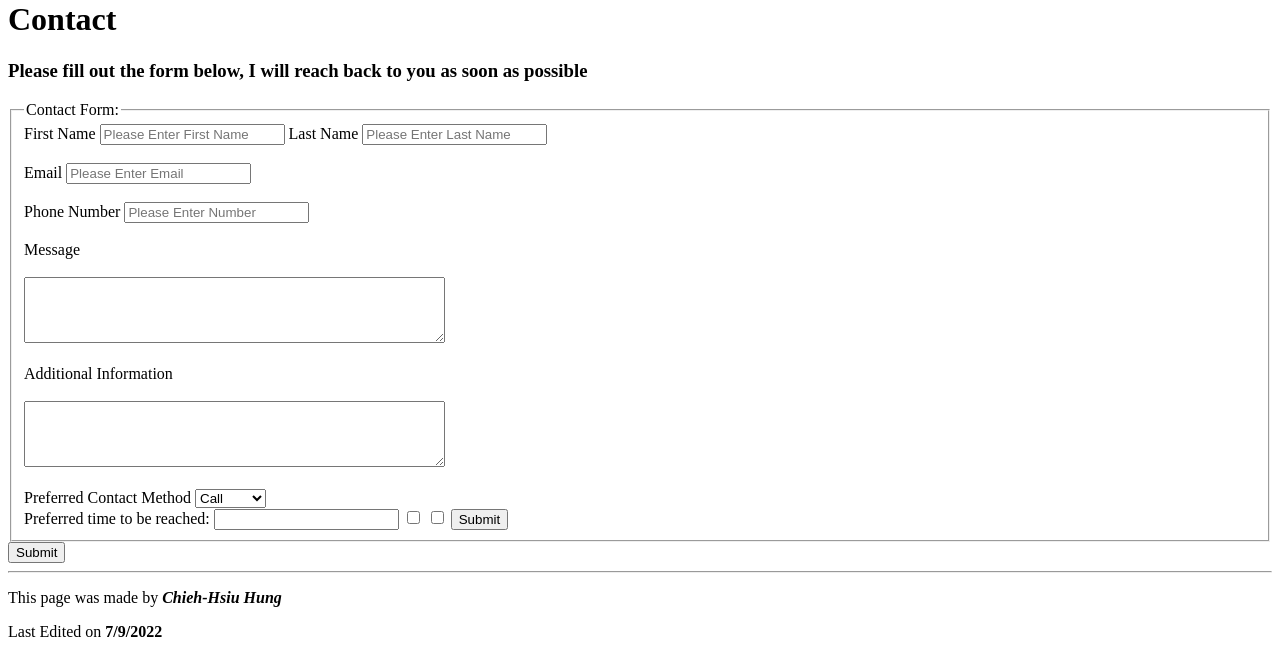
Repository: Chieh0501/fa22-cse110-lab3
Page: contacts.html
These files come from the project's save history. The page is drawn as it stood at one moment and after the next save; the edit follows.
The browser window is 1280 px wide. The pictures show the part of the page from y = 368 to 1046 px (the page is 1025 px tall before and 1046 px after).
A picture or video elsewhere on the page could not be fetched, so the positions and the page height are approximate.

Above is the page before, as saved 2022-10-05 12:32:13.

### contacts.html
<!DOCTYPE html>
<html lang="en">

<head>
	<meta charset="utf-8" />
	<meta name="description" content="Team 2 Meeting Notes" />
	<meta name="keywords" content="HTML, CSS, JavaScript" />
	<meta name="author" content="Chieh-Hsiu Hung" />
	<meta name="viewport" content="width=device-width, initial-scale=1.0" />
	<title>Team 2 Meeting Notes</title>
	<link href="images/favicons/favicon.ico" rel="icon" />
	<!-- <link href="styles/main.css" rel="stylesheet" /> -->
	<!-- <script>
		window.addEventListener('load', function () {
			let time = window.performance.timing,
				complete = time.domComplete - time.domLoading;
			document.getElementById('page-load-info').innerHTML = `<strong>Page Loaded in ${parseInt(complete)}ms
			 on ${new Date().toLocaleString("en-US")}</strong>`;
		});
	</script> -->

</head>
<body>
	<header>
        <img src="images/demo-logo.png" alt="Demo Team Logo">
        <hr />
        <nav>
            <a href="index.html">Home</a>
            <a href="images.html">Diagrams/Pictures</a>
            <a href="multimedia.html">Audio/Video Backup</a>
            <a href="questions.html">Question Board</a>
            <a href="contacts.html">Contact Me</a>
        </nav>
    </header>
	<main>
		<h1>Contact</h1>
		<h3>Please fill out the form below, I will reach back to you as soon as possible</h3>
		<div class="contactform">
			<form>
				<fieldset>
					<legend>Contact Form:</legend>
					<label for="first_name">First Name</label>
					<input type="text" id="first_name" placeholder="Please Enter First Name">
					<label for="last_name">Last Name</label>
					<input type="text" id="last_name" placeholder="Please Enter Last Name">
					<br></br>
					<label for="email">Email</label>
					<input type="text" id="email" placeholder="Please Enter Email">
					<br></br>
					<label for="phone">Phone Number</label>
					<input type="text" id="phone" placeholder="Please Enter Number">
					<br></br>
					<label for="message">Message</label>
					<br></br>
					<textarea id="message" name="message" rows="4" cols="50"></textarea>
					<br></br>
					<label for="add_info">Additional Information</label>
					<br></br>
					<textarea id="add_info" name="add_info" rows="4" cols="50"></textarea>
					<br></br>
					<label for="preferred">Preferred Contact Method</label>
					<select  name="contact_method" id="contact_method">
						<optgroup label="Contact Method">
						<option value="Call">Call</option>
						<option value="Texting">Text</option>
						<option value="mail">Email</option>
						</optgroup>
					</select>
					<br />
					<label for="time_preferred">Preferred time to be reached:</label>
					<input list="times_preferred" name="time_preferred" id="time_preferred">
					<datalist id="times_preferred">
						<option value="9:00-12:00">
						<option value="2:00-5:00">
						<option value="7:00-9:00">
						<option value="No preference">
					</datalist>
					<input type="checkbox" id="urgent" name="urgent" value="Urgent">
					<input type="checkbox" id="nurgent" name = "nurgent" value="Not Urgent">
					<input type="submit">
				</fieldset>
				<button type="button" onclick="alert('Submitted')">Submit</button>
			</form>
		</div>
	</main>
	<footer>
		<hr/>
		<p>This page was made by <i><b>Chieh-Hsiu Hung</b></i></p>
		<p>Last Edited on <strong>7/9/2022</strong></p>
	</footer>
</body>

</html>

After the next save:
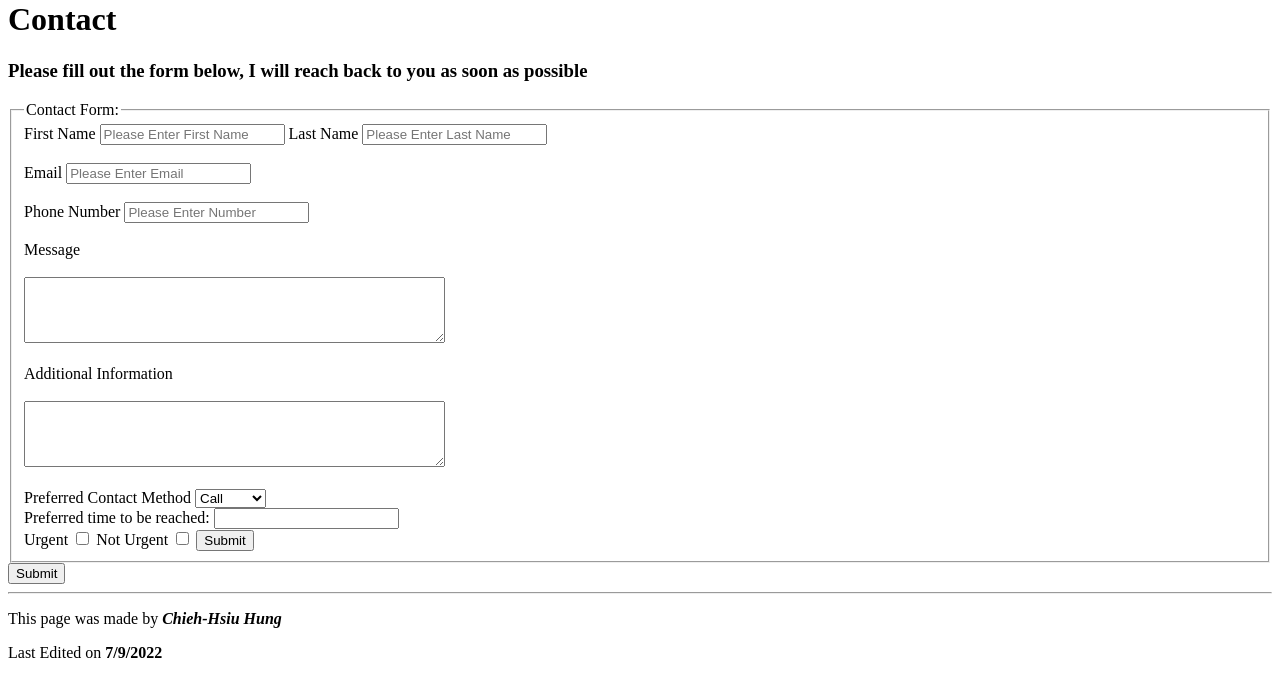
Saved 63 s later.
--- a/contacts.html
+++ b/contacts.html
@@ -75,7 +75,10 @@
 						<option value="7:00-9:00">
 						<option value="No preference">
 					</datalist>
+					<br />
+					<label for="urgent">Urgent</label>
 					<input type="checkbox" id="urgent" name="urgent" value="Urgent">
+					<label for="nurgent">Not Urgent</label>
 					<input type="checkbox" id="nurgent" name = "nurgent" value="Not Urgent">
 					<input type="submit">
 				</fieldset>
